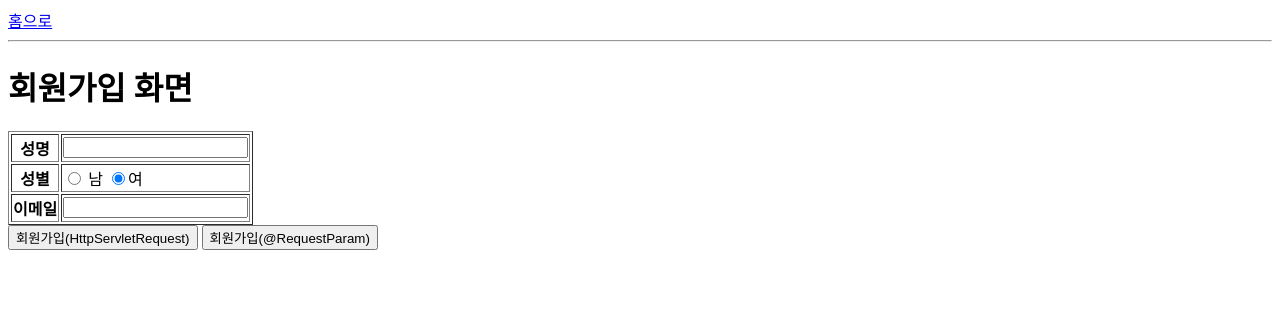
Repository: honsb91/Study_Spring
Page: http://localhost/01.Web/member
These files come from the project's save history. The page is drawn as it stood at one moment and after the next save; the edit follows.
The browser window is 1280 px wide. The pictures show the whole page.
The page is served by Tomcat 9. Other server files are loaded and not shown.

Above is the page before, as saved 2023-12-20 07:29:43.

### WorkSpace/01.Web/src/main/webapp/WEB-INF/views/member/join.jsp
<%@ page language="java" contentType="text/html; charset=UTF-8"
    pageEncoding="UTF-8"%>
<%@ taglib uri="http://java.sun.com/jsp/jstl/core" prefix="c"%>
<!DOCTYPE html>
<html>
<head>
<meta charset="UTF-8">
<title>Insert title here</title>
</head>
<body>
<a href="<c:url value='/'/>">홈으로</a>
<hr>
	<h1>회원가입 화면</h1>
	<form method="post" action="joinRequest">
		<table border="1">
		<tr><th>성명</th>
			<td><input type="text" name="name"></td>
		</tr>
		<tr><th>성별</th>
			<td>
				<input type="radio" name="gender" id="male" value="남">
				<label for="male">남</label>
				<label><input type="radio" name="gender" value="여" checked>여</label>
			</td>
		</tr>
		<tr><th>이메일</th>
			<td>
				<input type="text" name="email">
			</td>
		</tr>
		</table>
		<input type="submit" value="회원가입(HttpServletRequest)">
		<input type="submit" value="회원가입(@RequestParam)" onclick="action='joinParam'">
	</form>
</body>
</html>

After the next save:
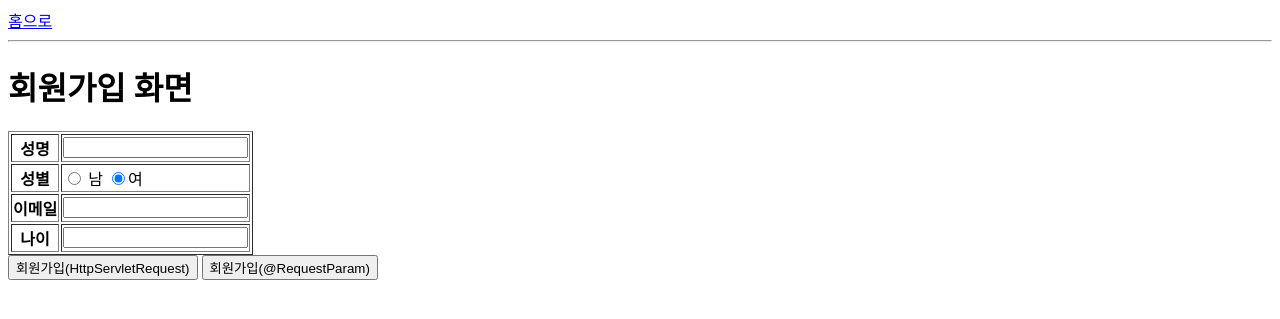
Saved 36 s later.
--- a/WorkSpace/01.Web/src/main/webapp/WEB-INF/views/member/join.jsp
+++ b/WorkSpace/01.Web/src/main/webapp/WEB-INF/views/member/join.jsp
@@ -28,6 +28,11 @@
 				<input type="text" name="email">
 			</td>
 		</tr>
+		<tr><th>나이</th>
+			<td>
+				<input type="text" name="age">
+			</td>
+		</tr>
 		</table>
 		<input type="submit" value="회원가입(HttpServletRequest)">
 		<input type="submit" value="회원가입(@RequestParam)" onclick="action='joinParam'">
